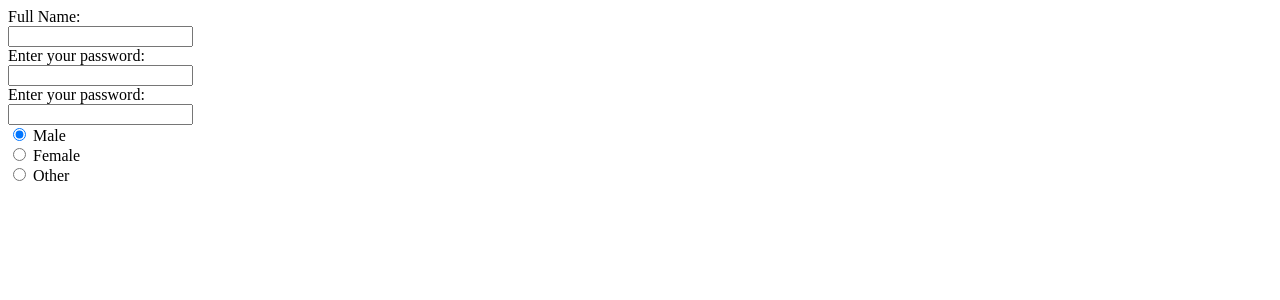
Repository: AdityaParashar93/Homework1_CMPE273
Page: CMPE273/Refresher_JS/WebContent/InputTypes.html
An editor plug-in stored every save of this project. The page is shown before and after the next save, followed by the edit.
The browser window is 1280 px wide. The pictures show the whole page.

Above is the page before, as saved 2016-09-16 05:37:57.

After the next save:
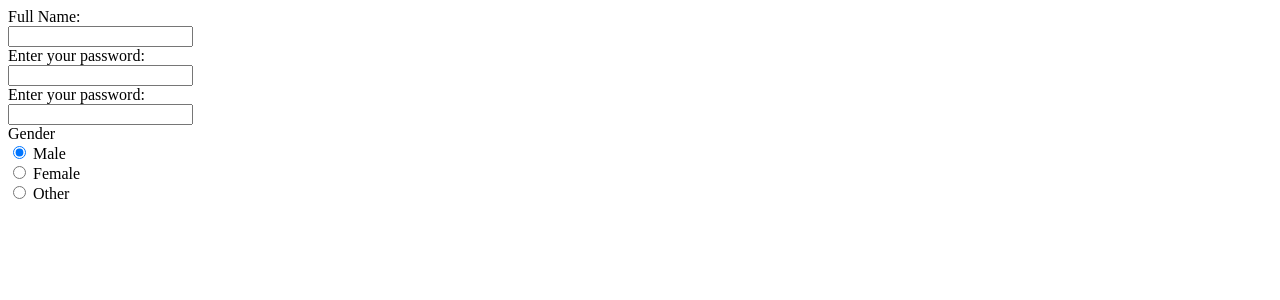
Saved 28 s later.
--- a/CMPE273/Refresher_JS/WebContent/InputTypes.html
+++ b/CMPE273/Refresher_JS/WebContent/InputTypes.html
@@ -12,6 +12,7 @@ Enter your password:<br>
 <input type="password" name="password"><br>
 Enter your password:<br>
 <input type="password" name="password"><br>
+Gender<br>
 <input type="radio" name="gender" value="male" checked> Male<br>
 <input type="radio" name="gender" value="female"> Female<br>
 <input type="radio" name="gender" value="other"> Other
